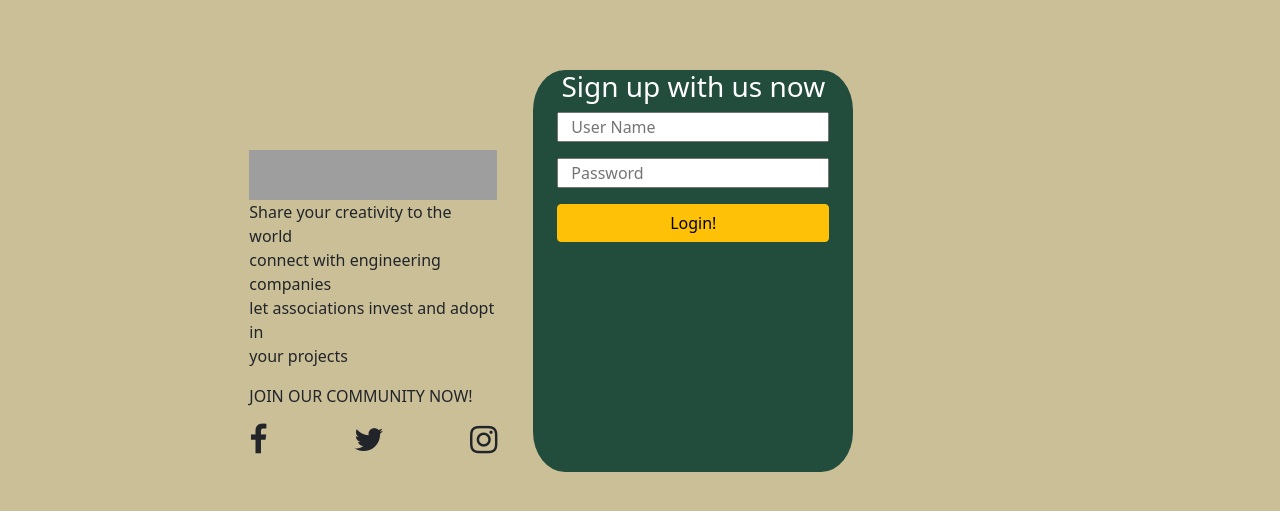
Repository: ahmadjamal-1997/Project-Taqadam
Page: http://localhost/Taqadam/WEB-INF/login.jsp
An editor plug-in stored every save of this project. The page is shown before and after the next save, followed by the edit.
The browser window is 1280 px wide. The pictures show the whole page.
Pictures or frames that could not be fetched are drawn as grey boxes. The page is served by Tomcat 9. Nobody is signed in. The template is opened directly, without the code that normally fills it, so the values that code supplies are empty.

Above is the page before, as saved 2022-03-31 10:26:46.

After the next save:
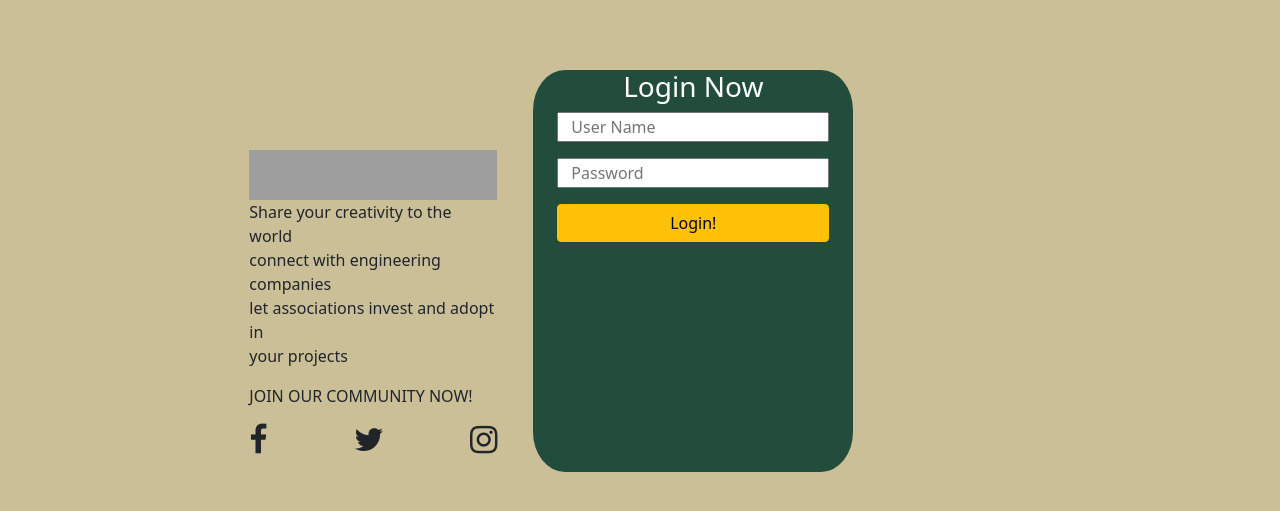
Saved 64 s later.
--- a/Taqadam-new/Taqadam-java/Taqadam-new/Taqadam/src/main/webapp/WEB-INF/login.jsp
+++ b/Taqadam-new/Taqadam-java/Taqadam-new/Taqadam/src/main/webapp/WEB-INF/login.jsp
@@ -50,7 +50,7 @@
             </div>
             </div>
             <div class="col-3 form">
-                    <h3 style="color: white;">Sign up with us now</h3>
+                    <h3 style="color: white;">Login Now</h3>
 
                 <div class="container">
                 <form method="POST" action="/login">
